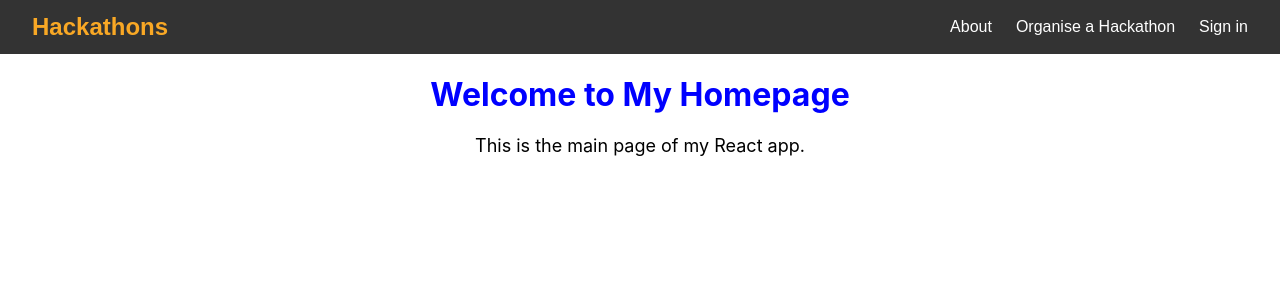
Repository: Ken-Kanike/RUBIX25_41_TECHTITANS
Page: / (app in backend/client/)
The author's editor kept a copy of each file at every save. The page is drawn from the files as they stood at one save, then again after the next save.
The browser window is 1280 px wide. The pictures show the whole page.
The project was rebuilt for these pictures with package versions that can differ from the ones it lists, and the page was loaded fresh each time.

Above is the page before, as saved 2025-01-22 21:35:58.

After the next save:
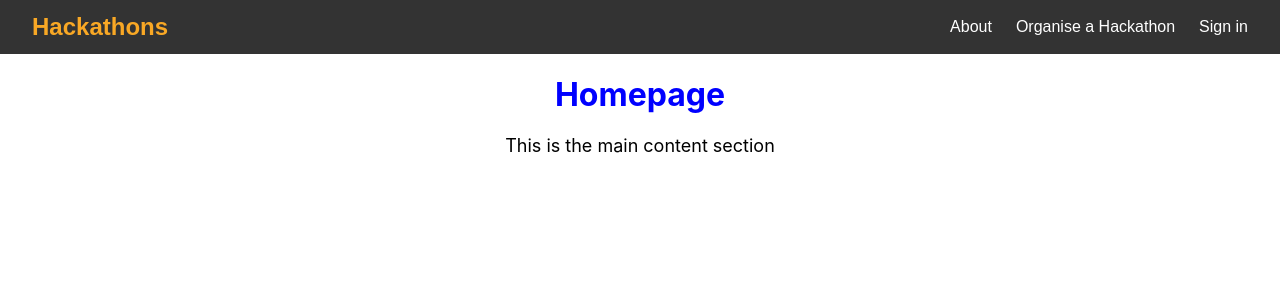
Saved 5 min 32 s later.
--- a/backend/client/src/homepage.js
+++ b/backend/client/src/homepage.js
@@ -4,8 +4,8 @@ import './homepage.css';
 const HomePage = () => {
     return (
         <div>
-            <h1>Welcome to My Homepage</h1>
-            <p>This is the main page of my React app.</p>
+            <h1>Homepage</h1>
+            <p>This is the main content section</p>
         </div>
     );
 };
